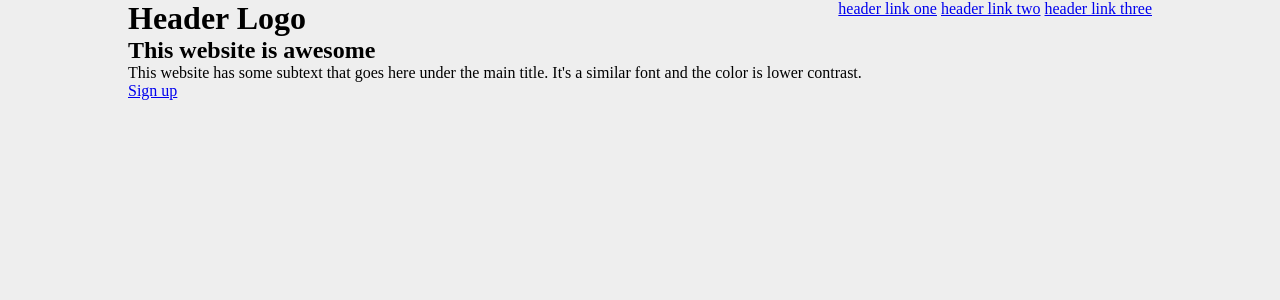
Repository: Pafestivo/Dummy-Landing-Page
Page: index.html
An editor plug-in stored every save of this project. The page is shown before and after the next save, followed by the edit.
The browser window is 1280 px wide. The pictures show the whole page.

Above is the page before, as saved 2022-09-26 17:39:52.

After the next save:
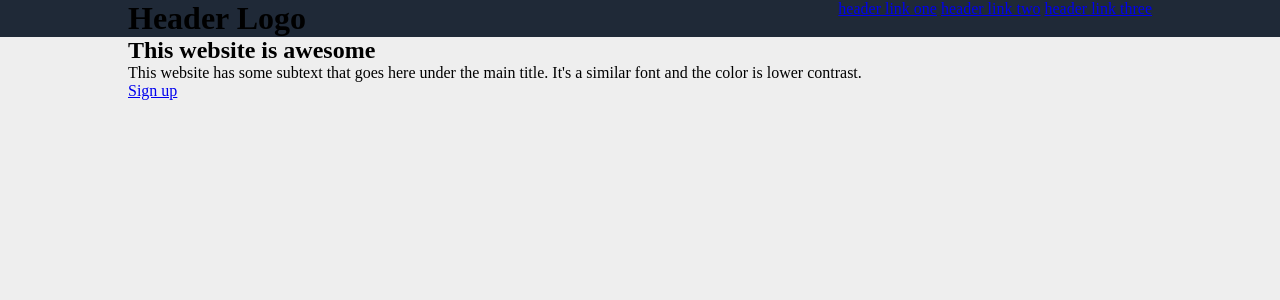
Saved 35 s later.
--- a/styles.css
+++ b/styles.css
@@ -15,6 +15,10 @@ body {
 }
 
 /* head area */
+header {
+  background-color: #1F2937;
+}
+
 header .container {
   display: flex;
   justify-content: space-between;
